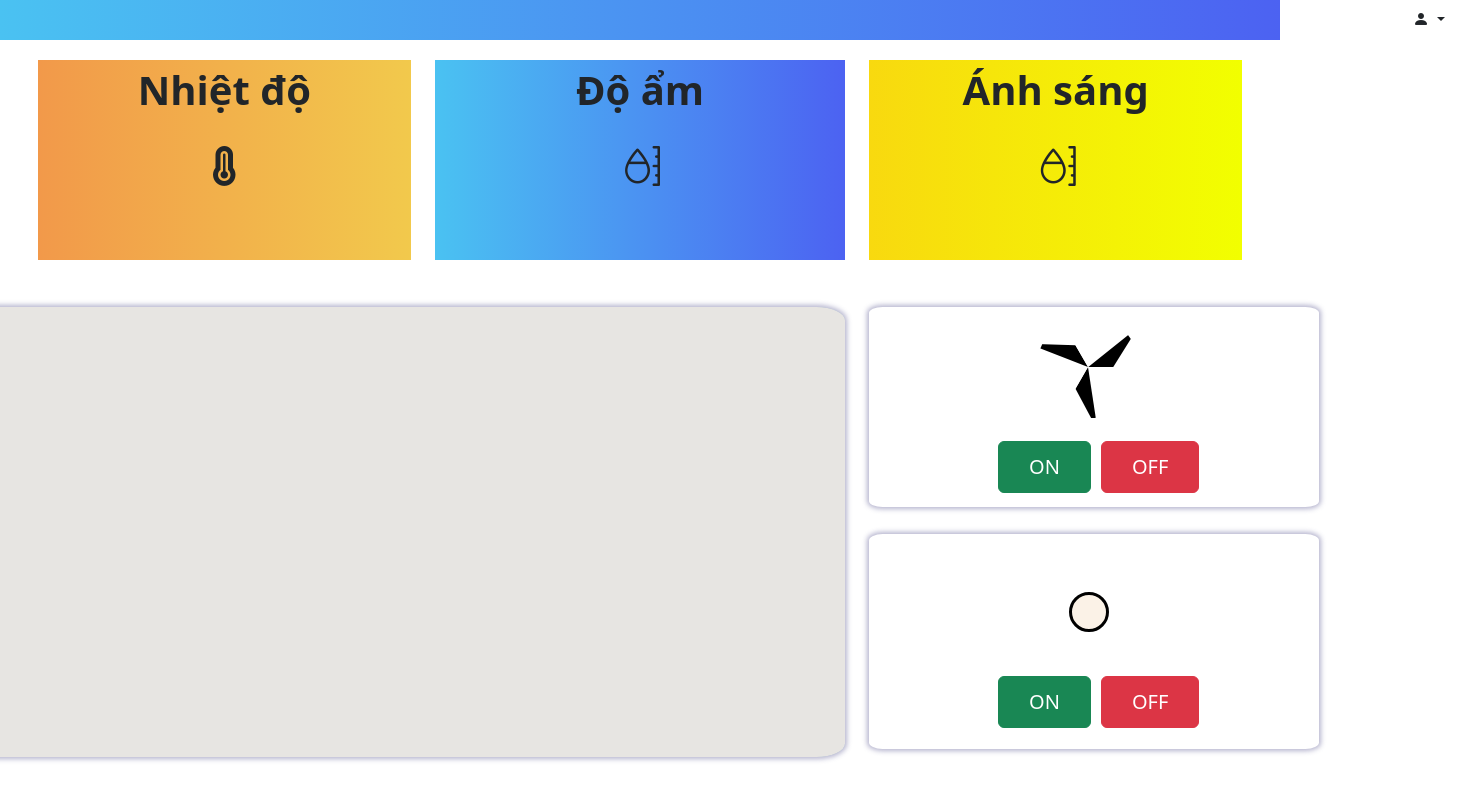
Repository: ndmq03102002/BTL_IOT
Page: Fontend_IOT/iot/index.html
An editor plug-in stored every save of this project. The page is shown before and after the next save, followed by the edit.
The browser window is 1280 px wide. The page is 1458 px wide, so the pictures cover 1458 px, including what lies to the right of the window. The pictures show the whole page.
Some web libraries are served in a nearby version.

Above is the page before, as saved 2023-09-07 10:18:27.

### Fontend_IOT/iot/index.html
<!DOCTYPE html>
<html lang="en">
<head>
    <meta charset="UTF-8">
    <meta name="viewport" content="width=device-width, initial-scale=1.0">
    <title>Document</title>
    <link rel="stylesheet" href="style.css">
    <link rel="stylesheet" href="bootstrap/css/bootstrap.css">
    <link rel="stylesheet" href="assets/fonts/fontawesome/css/fontawesome-all.min.css">
    <script src="https://cdnjs.cloudflare.com/ajax/libs/Chart.js/2.9.4/Chart.js"></script>
    <script src="https://kit.fontawesome.com/1be2f108e2.js" crossorigin="anonymous"></script>
    <link rel="stylesheet" href="https://cdn.jsdelivr.net/npm/bootstrap-icons@1.10.5/font/bootstrap-icons.css">
    <link rel="stylesheet" href="https://cdnjs.cloudflare.com/ajax/libs/font-awesome/6.0.0/css/all.min.css" integrity="sha512-9usAa10IRO0HhonpyAIVpjrylPvoDwiPUiKdWk5t3PyolY1cOd4DSE0Ga+ri4AuTroPR5aQvXU9xC6qOPnzFeg==" crossorigin="anonymous" referrerpolicy="no-referrer" />

</head>
<header style="width: 100%; height: 40px; margin :auto;background: linear-gradient(to right, #4ac2f2, #4c62f2)">

    <div class="col-sm-12">
        <div class="btn-group" style=" margin-left: 1300px;  ">
            <a class="btn btn-white dropdown-toggle" style="border-radius: 0%;display: block; margin-left: 100px;" href="#" role="button" data-bs-toggle="dropdown" aria-expanded="false">
                <i class="bi bi-person-fill"></i>
              </a>
            <ul class="dropdown-menu">
                <li><a href="javascript:" class="dropdown-item"><i class="bi bi-person"></i> MSV: B20DCCN064</a></li>
                <li><a href="javascript:" class="dropdown-item"><i class="bi bi-phone"></i> Phone: 0399602556</a></li>
                <li><a href="message.html" class="dropdown-item"><i class="bi bi-envelope"></i> Email: Caibutchi2672gmail.com</a></li>
            </ul>
          </div>
</header>
<body>
     <div  style="background-color:white;height:700px; margin-bottom: 50px;">
        <div class="row">
            <div  class="col-sm-4 col-pd"style="padding-left: 50px;" >
                <div class="khoi1 khoi-size">
                        <p >Nhiệt độ</p>
                        <p style="display: inline; " class="count1"></p>
                        <span><i class='fa-solid fa-temperature-full'></i></span>

                </div>
            </div>
            <div class="col-sm-4 col-pd">
                <div class="khoi2 khoi-size">
                    <p> Độ ẩm</p>
                    <p style="display: inline;" class="count2"></p>
                    <span> <i class="bi bi-moisture"></i></span>
                </div>
            </div>
            <div class="col-sm-4 col-pd" style="padding-right: 50px;">
                <div class="khoi3 khoi-size">
                    <p>Ánh sáng</p>
                    <p style="display: inline;" class="count3"></p>
                    <span> <i class="bi bi-moisture"></i></span>
                </div>
            </div>
            <div class="col-sm-8 " >
                <div class="khoi" style="height: 450px;width: 950px; float:right">
                    <canvas id="myChart" style="border-radius: 3%; width:100%;height: 100%;background-color: rgb(231, 229, 226);"></canvas>
                </div>
            </div>
            <div class="col-sm-4 ">
                <div class="khoi khoiii" style=" background-color: white; height: 200px; width: 450px; float: left; display: flex; justify-content: center; align-items: center;">
                    <div class="fan">
                        <div class="blade blade-1"></div>
                        <div class="blade blade-2"></div>
                        <div class="blade blade-3"></div>
                        <div class="stand"></div>
                    </div>
                    <div class="button" style="margin-top:120px; margin-right: 120px;">
                        <button class="btn btn-success " onclick="OnFan()" style="--bs-btn-padding-y: 10px; --bs-btn-padding-x: 30px; --bs-btn-font-size: 20px; ">ON</button>
                         <button class="btn btn-danger " onclick="OffFan()" style="--bs-btn-padding-y: 10px; --bs-btn-padding-x: 30px; --bs-btn-font-size: 20px;">OFF</button>
                    </div>
                </div>
                <div class="khoi " style="background-color: white; margin-bottom: 20px; height: 215px; width: 450px; float: left; display: flex; justify-content: center; align-items: center;">
                    <div class="light" >
                        <div class="light-bulb" > </div>
                    </div>
                    <div class="button"  style="margin-top:120px; margin-right: 120px;">
                        <button class="btn btn-success " onclick="OnLight()" style="--bs-btn-padding-y: 10px; --bs-btn-padding-x: 30px; --bs-btn-font-size: 20px; ">ON</button>
                         <button class="btn btn-danger " onclick="OffLight()" style="--bs-btn-padding-y: 10px; --bs-btn-padding-x: 30px; --bs-btn-font-size: 20px;">OFF</button>

                    </div>

                </div>
            </div>
        </div>
    </div>
    <p>

    <script src="https://cdn.jsdelivr.net/npm/axios/dist/axios.min.js"></script>
    <script src="js.js"></script>
    <script src="jquery.js"></script>
    <script src="popper.min.js"></script>
    <script src="bootstrap/js/bootstrap.min.js"></script>
</body>
</html>

### Fontend_IOT/iot/style.css
html {
  margin: 0;
  padding: 0;
}

.khoi {
  width: 100%;
  height: 200px;
  margin-right: 0px;
  margin-bottom: 27px;
  background-color: #9fb4d0;

  box-shadow: 0px 0px 5px 2px rgba(97, 95, 151, 0.47);
  border-radius: 3%;
}
.khoi1 {
  width: 100%;
  height: 200px;
  margin-right: 0px;
  margin-bottom: 27px;
  background: linear-gradient(to right, #f2994a, #f2c94c);
}
.khoi2 {
  width: 100%;
  height: 200px;
  margin-right: 0px;
  margin-bottom: 27px;
  background: linear-gradient(to right, #4ac2f2, #4c62f2);
}
.khoi3 {
  width: 100%;
  height: 200px;
  margin-right: 0px;
  margin-bottom: 27px;
  background: linear-gradient(to right, #f8d90f, #f2ff00);
}
.khoii {
  width: 100%;
  height: 500px;
  background-color: black;
}
.abc {
  margin-bottom: 30px;
}
.col-pd {
  padding: 20px;
}
.khoi-size {
  font-size: 40px;
  font-weight: bold;
  text-align: center;
}
.fan {
  width: 200px;
  height: 200px;
  position: relative;
}

.blade {
  width: 0;
  height: 0;
  position: absolute;
  top: 10%;
  left: 170%;
  transform-origin: 0 50%;
  background-color: #000000;
  border-radius: 50%;
}

.blade-1 {
  width: 50px;
  height: 80px;
  clip-path: polygon(0 50%, 100% 0, 50% 50%);
  transform: rotate(0deg);
  /* animation: rotateFan1 1s linear infinite; */
}

.blade-2 {
  width: 50px;
  height: 80px;
  clip-path: polygon(0 50%, 100% 0, 50% 50%);
  transform: rotate(120deg);
  /* animation: rotateFan2 1s linear infinite; */
}

.blade-3 {
  width: 50px;
  height: 80px;
  clip-path: polygon(0 50%, 100% 0, 50% 50%);
  transform: rotate(240deg);
  /* animation: rotateFan3 1s linear infinite; */
}

@keyframes rotateFan2 {
  to {
    transform: rotate(480deg);
  }
}
@keyframes rotateFan1 {
  to {
    transform: rotate(360deg);
  }
}
@keyframes rotateFan3 {
  to {
    transform: rotate(600deg);
  }
}
.button {
  display: flex;
  flex-direction: row;
  justify-content: space-between;
}

.button .btn-success {
  margin-right: 10px; /* Thêm khoảng cách bên phải cho nút "ON" */
}
.light {
  width: 200px;
  height: 200px;
}

.light-bulb {
  width: 40px;
  height: 40px;
  background-color: rgb(251 242 231);
  border: 3px solid #000;
  border-radius: 50%;
  position: relative;
  left: 200px;
  top: 50px;
}
.lightbulb {
  width: 100px;
  height: 150px;
  background-color: #f0f0f0; /* Màu của bóng đèn */
  border-radius: 50%; /* Tạo hình tròn cho bóng đèn */
  position: relative;
}

.lightbulb:before {
  content: "";
  width: 20px;
  height: 20px;
  background-color: yellow; /* Màu của bóng đèn sáng */
  border-radius: 50%; /* Tạo hình tròn cho bóng đèn sáng */
  position: absolute;
  top: 10px; /* Điều chỉnh vị trí của bóng đèn sáng */
  left: 50%; /* Điều chỉnh vị trí của bóng đèn sáng */
  transform: translateX(-50%); /* Đưa bóng đèn sáng vào giữa */
  box-shadow: 0px 0px 20px 5px rgba(255, 255, 0, 0.7); /* Đổ bóng cho bóng đèn sáng */
}
@keyframes bulbLight {
  to {
    border: 5px solid transparent;
    box-shadow: 0 0 30px 50px rgba(255, 255, 0, 0.912);
  }
}

### Fontend_IOT/iot/js.js
let Listbox = document.querySelectorAll(".khoi-size");
let box1 = Listbox[0];
let box2 = Listbox[1];
let box3 = Listbox[2];
// let arrayP = box.getElementsByTagName("p");
// console.log(arrayP[1].innerText);

let countTemp = document.getElementsByClassName(".count1").innerText;
let countHum = document.getElementsByClassName(".count2").innerText;
let countLight = document.getElementsByClassName(".count3").innerText;

let count = 0;

function changeTemp() {
  if (countTemp <= 10) {
    box1.style.backgroundColor = "#9fb4d0";
  } else if (countTemp <= 25) {
    box1.style.backgroundColor = "#3fc848";
  } else if (countTemp <= 35) {
    box1.style.backgroundColor = "#c8b83f";
  } else {
    box1.style.backgroundColor = "#c83f3f";
  }
  if (countTemp > 50) {
    box1.style.backgroundColor = "#fd0606";
  }
}
function changeHum() {
  if (countHum <= 10) {
    box2.style.backgroundColor = "#9fb4d0";
  } else if (countHum <= 25) {
    box2.style.backgroundColor = "#3fc848";
  } else if (countHum <= 35) {
    box2.style.backgroundColor = "#c8b83f";
  } else {
    box2.style.backgroundColor = "#c83f3f";
  }
  if (countHum > 50) {
    box2.style.backgroundColor = "#fd0606";
  }
}
function changeLight() {
  if (countLight <= 10) {
    box3.style.backgroundColor = "#9fb4d0";
  } else if (countLight <= 25) {
    box3.style.backgroundColor = "#3fc848";
  } else if (countLight <= 35) {
    box3.style.backgroundColor = "#c8b83f";
  } else {
    box3.style.backgroundColor = "#c83f3f";
  }
  if (countLight > 50) {
    box3.style.backgroundColor = "#fd0606";
  }
}
function getTempAllData() {
  fetch("http://localhost:8080/Iot/getAllData")
    .then(function (response) {
      return response.json();
    })
    .then(function (posts) {
      const temp = [];
      const hum = [];
      const light = [];
      for (let key of posts) {
        temp.push(key.temperature);
        hum.push(key.humidity);
        light.push(key.light);
      }
      // hiển thị nhiệt độ
      countTemp = document.querySelector(".count1").innerText =
        temp[temp.length - 1];
      countHum = document.querySelector(".count2").innerText =
        hum[hum.length - 1];
      countLight = document.querySelector(".count3").innerText =
        light[light.length - 1];
      console.log("hello");
      changeTemp();
      changeHum();
      changeLight();
      //hiển thị đồ thị
      const xValues = [1, 5, 10, 15, 20, 25, 30, 35, 40, 45];
      type: "line",
        new Chart("myChart", {
          type: "line",
          data: {
            labels: xValues,
            datasets: [
              {
                data: temp,
                borderColor: "red",
                fill: false,
              },
              {
                data: hum,
                borderColor: "green",
                fill: false,
              },
              {
                data: light,
                borderColor: "blue",
                fill: false,
              },
            ],
          },
          options: {
            legend: { display: false },
            scales: {
              yAxes: [
                {
                  ticks: {
                    min: 1, // Giá trị tối thiểu trên trục tung
                    max: 100, // Giá trị tối đa trên trục tung
                    stepSize: 5, // Bước giữa các giá trị
                  },
                },
              ],
            },
          },
        });
    })
    .catch(function (err) {
      console.log(err);
    });
}
function OnFan() {
  const blade1 = (document.querySelector(".blade-1").style.animation =
    "rotateFan1 1s linear infinite");
  const blade2 = (document.querySelector(".blade-2").style.animation =
    "rotateFan2 1s linear infinite");
  const blade3 = (document.querySelector(".blade-3").style.animation =
    "rotateFan3 1s linear infinite");
}
function OffFan() {
  const blade1 = document
    .querySelector(".blade-1")
    .style.removeProperty("animation");
  const blade2 = document
    .querySelector(".blade-2")
    .style.removeProperty("animation");
  const blade3 = document
    .querySelector(".blade-3")
    .style.removeProperty("animation");
}
function OnLight() {
  const light = (document.querySelector(".light-bulb").style.animation =
    "bulbLight 1s linear forwards");
}
function OffLight() {
  const light = document
    .querySelector(".light-bulb")
    .style.removeProperty("animation");
}

Loaded but not shown: Fontend_IOT/iot/bootstrap/css/bootstrap.css (library); Fontend_IOT/iot/jquery.js (library); Fontend_IOT/iot/popper.min.js (library); Fontend_IOT/iot/bootstrap/js/bootstrap.min.js (library)

After the next save:
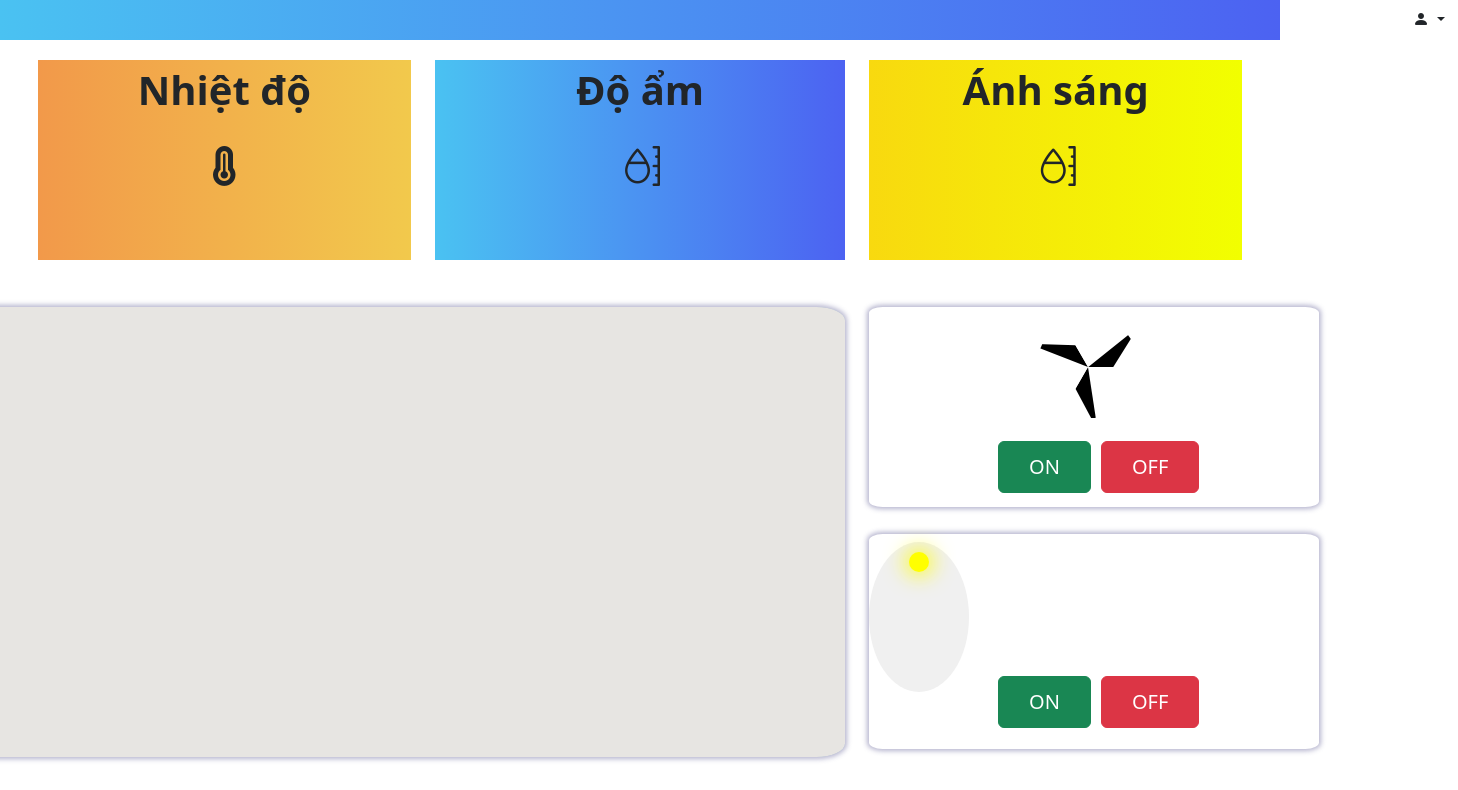
Saved 3 s later.
--- a/Fontend_IOT/iot/index.html
+++ b/Fontend_IOT/iot/index.html
@@ -72,7 +72,7 @@
                 </div>
                 <div class="khoi " style="background-color: white; margin-bottom: 20px; height: 215px; width: 450px; float: left; display: flex; justify-content: center; align-items: center;">
                     <div class="light" >
-                        <div class="light-bulb" > </div>
+                        <div class="lightbulb" > </div>
                     </div>
                     <div class="button"  style="margin-top:120px; margin-right: 120px;">
                         <button class="btn btn-success " onclick="OnLight()" style="--bs-btn-padding-y: 10px; --bs-btn-padding-x: 30px; --bs-btn-font-size: 20px; ">ON</button>

After the save that followed:
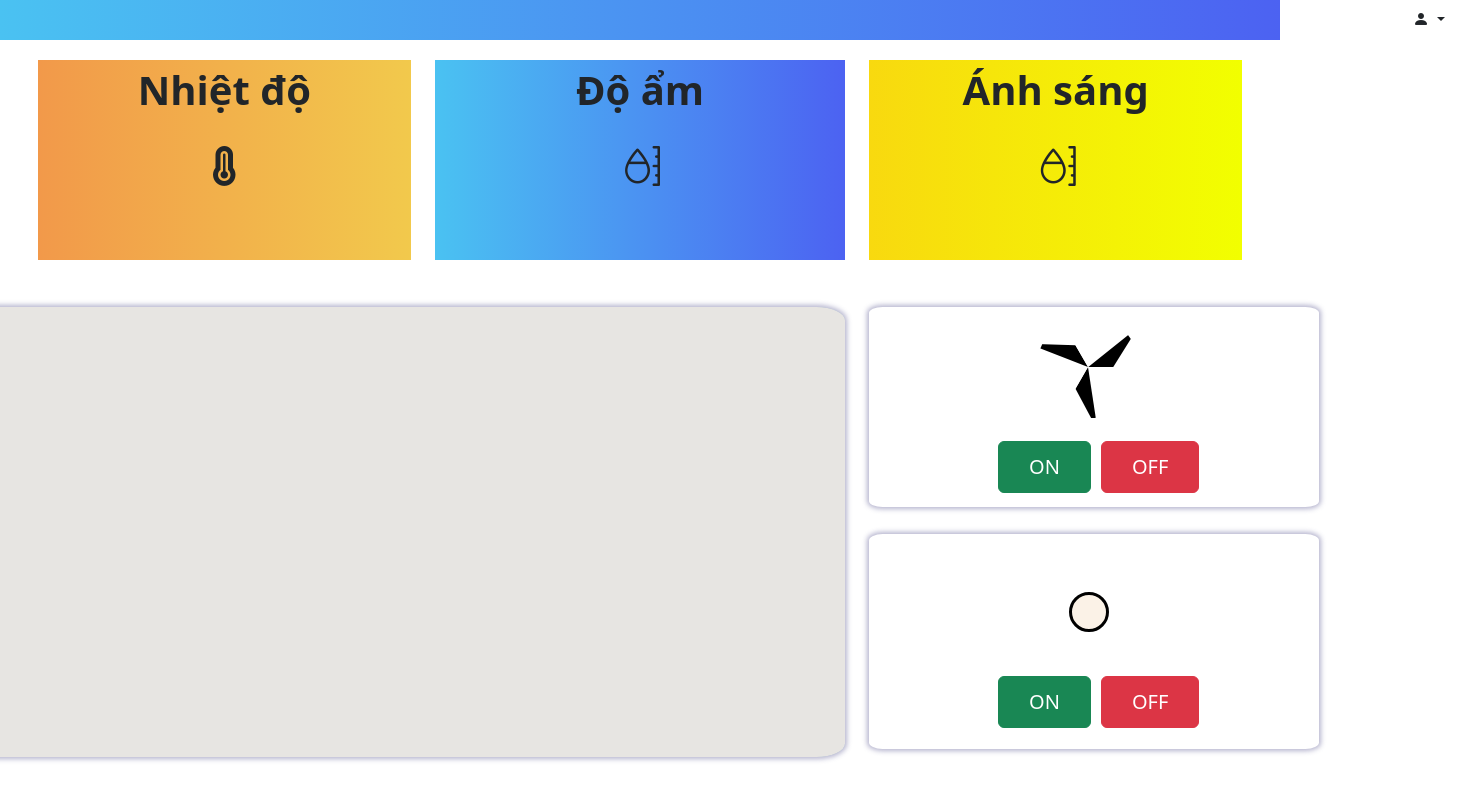
Saved 25 s later.
--- a/Fontend_IOT/iot/index.html
+++ b/Fontend_IOT/iot/index.html
@@ -72,7 +72,7 @@
                 </div>
                 <div class="khoi " style="background-color: white; margin-bottom: 20px; height: 215px; width: 450px; float: left; display: flex; justify-content: center; align-items: center;">
                     <div class="light" >
-                        <div class="lightbulb" > </div>
+                        <div class="light-bulb" > </div>
                     </div>
                     <div class="button"  style="margin-top:120px; margin-right: 120px;">
                         <button class="btn btn-success " onclick="OnLight()" style="--bs-btn-padding-y: 10px; --bs-btn-padding-x: 30px; --bs-btn-font-size: 20px; ">ON</button>
